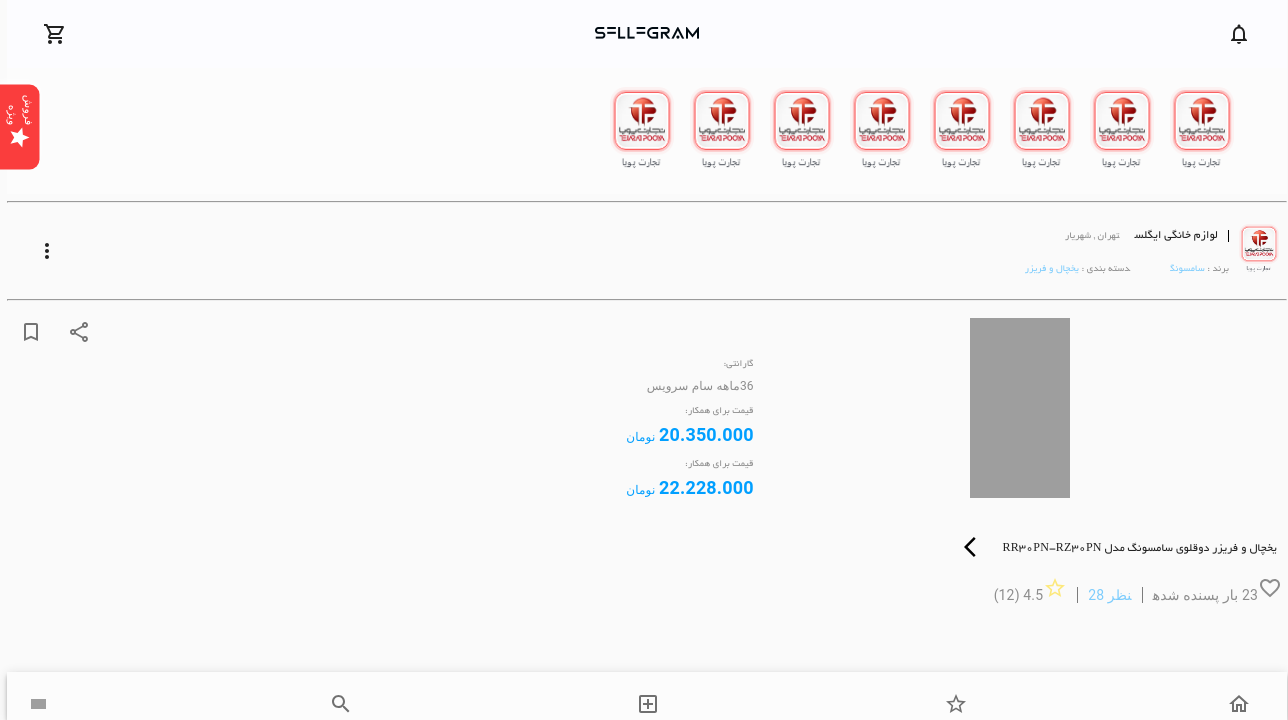
Repository: sadegh1379/selegram
Page: /login-4
An editor plug-in stored every save of this project. The page is shown before and after the next save, followed by the edit.
The browser window is 1280 px wide. The page is 1288 px wide, then 1280 px, so the pictures cover 1288 px, including what lies to the right of the window. The pictures show the whole page.
Pictures or frames that could not be fetched are drawn as grey boxes. The project was rebuilt for these pictures with package versions that can differ from the ones it lists, and the page was loaded fresh each time. Also part of the build but not shown: src/components/login/Login.js, src/components/login/LoginOne.js, src/components/login/LoginThree.js.

Above is the page before, as saved 2020-09-09 14:32:19.

### public/index.html
<!DOCTYPE html>
<html lang="en">
  <head>
    <meta charset="utf-8" />
    <link rel="icon" href="%PUBLIC_URL%/favicon.ico" />
    <meta
      name="viewport"
      content="minimum-scale=1, initial-scale=1, width=device-width"
    />
    <meta name="theme-color" content="#000000" />
    <meta
      name="description"
      content="Web site created using create-react-app"
    />
    <link rel="apple-touch-icon" href="%PUBLIC_URL%/logo192.png" />
    <!--
      manifest.json provides metadata used when your web app is installed on a
      user's mobile device or desktop. See https://developers.google.com/web/fundamentals/web-app-manifest/
    -->
    <link rel="manifest" href="%PUBLIC_URL%/manifest.json" />
    <!--
      Notice the use of %PUBLIC_URL% in the tags above.
      It will be replaced with the URL of the `public` folder during the build.
      Only files inside the `public` folder can be referenced from the HTML.

      Unlike "/favicon.ico" or "favicon.ico", "%PUBLIC_URL%/favicon.ico" will
      work correctly both with client-side routing and a non-root public URL.
      Learn how to configure a non-root public URL by running `npm run build`.
    -->
    <title>React App</title>
  </head>
  <body dir="rtl">
    <noscript>You need to enable JavaScript to run this app.</noscript>
    <div id="root"></div>
    <!--
      This HTML file is a template.
      If you open it directly in the browser, you will see an empty page.

      You can add webfonts, meta tags, or analytics to this file.
      The build step will place the bundled scripts into the <body> tag.

      To begin the development, run `npm start` or `yarn start`.
      To create a production bundle, use `npm run build` or `yarn build`.
    -->
  </body>
</html>

### src/index.js
import React from 'react';
import ReactDOM from 'react-dom';
import App from './App';
import { createMuiTheme, ThemeProvider } from '@material-ui/core/styles';
import RTL from './RTL';
import {BrowserRouter as Router} from 'react-router-dom';
// import '../node_modules/bootstrap/dist/css/bootstrap.css';
import {DataProvider} from './context'

const theme = createMuiTheme({
  direction: 'rtl', // Both here and <body dir="rtl">
});

ReactDOM.render(
      <ThemeProvider theme={theme}>
                      <RTL>
                          <Router>
                              <DataProvider>
                                    <App />
                              </DataProvider>
                          </Router>
                      </RTL>
      </ThemeProvider>
  ,
  document.getElementById('root')
);

### src/App.js
import React from 'react';
import './App.css';
import {Switch , Route} from 'react-router-dom';

import Login from './components/login/Login';
import LoginOne from './components/login/LoginOne';
import LoginThree from './components/login/LoginThree';
import LoginFour from './components/body/LoginFour'

function App() {
  return (
    <div className="App">
      <Switch>
        <Route exact path="/" component={(props)=><Login {...props}/>} />
        <Route exact path="/login-1" component={(props)=><LoginOne {...props}/>} />
        <Route exact path="/login-3" component={(props)=><LoginThree {...props}/>} />
        <Route exact path="/login-4" component={(props)=><LoginFour {...props}/>} />
      </Switch>
    </div>
  );
}

export default App;

### src/RTL.js
import React from 'react'
import { create } from 'jss';
import rtl from 'jss-rtl';
import { StylesProvider, jssPreset } from '@material-ui/core/styles';

// Configure JSS
const jss = create({ plugins: [...jssPreset().plugins, rtl()] });

function RTL(props) {
  return (
    <StylesProvider jss={jss}>
      {props.children}
    </StylesProvider>
  );
}

export default RTL;

### src/context.js
import React , {createContext ,Component}  from 'react';

const context = createContext()

 class DataProvider extends Component {
    constructor(props){
        super(props);

        this.state={
            kala:[{
                name:'sadegh',
                img:'./img/kala.png'
            },
            {
                name:'sadegh',
                img:'./img/kala.png'
            },
            {
                name:'sadegh',
                img:'./img/kala.png'
            },
            {
                name:'sadegh',
                img:'./img/kala.png'
            },
            {
                name:'sadegh',
                img:'./img/kala.png'
            },
            {
                name:'sadegh',
                img:'./img/kala.png'
            },
            {
                name:'sadegh',
                img:'./img/kala.png'
            },
            {
                name:'sadegh',
                img:'./img/kala.png'
            }
        ],
        select:'./img/ice.png'
        }
    }
    render() {
        return (
            <context.Provider value={{
                    ...this.state
            }}>
                {this.props.children}
            </context.Provider>
        )
    }
}

const DataConsumer = context.Consumer;

export { DataProvider , DataConsumer , context};

### src/App.css
@font-face {
    font-family: BYekan;
    src: url('./font/BYekan.ttf') , url('./font/BYekan.eot') , url('./font/BYekan.woff');
  }

html , body , #root{
    margin: 0px ;
    padding:0px;
}
.font-yekan{
    font-family: BYekan !important;
  }
label{
    color:#034DA2 !important;
    font-size: 14px;

    font-weight: small !important;

    margin-right: 10px;
    font-family: BYekan !important;
}

.color-text{
  color:#404D66
}

.no-scroll::-webkit-scrollbar{
  display: none;

}
.no-scroll{
  -ms-overflow-style: none ;
  scrollbar-width: none;
}

.lighblue{
  color:#009FFF;
}
.font-10-px{
  font-size: 10px;
}
.font-12-px{
  font-size: 12px;
}
.text-right{
  text-align: right;
}
.text-left{
  text-align: left;
}

.opacity{
  opacity: 0.5;

}

.money-color{
  color:#009FFF;
  font-size:18px;
  font-weight: bolder  ;
}

.toman-blue{
  font-size: 12px;
  color:#009FFF ;

}

### src/components/body/LoginFour.js
import React , {useContext} from 'react';
import Navbar from '../static/Navbar';
import Button from '@material-ui/core/Button';
import Grid from '@material-ui/core/Grid'
import {context} from '../../context';
import useStyles from './styles';
import StarIcon from '@material-ui/icons/Star';
import Menu from '@material-ui/core/Menu';
import MenuItem from '@material-ui/core/MenuItem';
import MoreVertIcon from '@material-ui/icons/MoreVert';
import BookmarkBorderIcon from '@material-ui/icons/BookmarkBorder';
import ShareOutlinedIcon from '@material-ui/icons/ShareOutlined';
import { IconButton } from '@material-ui/core';
import ArrowBackIosIcon from '@material-ui/icons/ArrowBackIos';
import FavoriteBorderOutlinedIcon from '@material-ui/icons/FavoriteBorderOutlined';
import BottomAppBar from '../static/BottomAppBar';
import StarBorderIcon from '@material-ui/icons/StarBorder';



function LoginFour() {
    const classes = useStyles();
    const [anchorEl, setAnchorEl] = React.useState(null);
    const [opinion , setOpinion] = React.useState('لطفا نظر خود را بنویسید ...');

    const data = useContext(context);
    console.log(data);

    // fordropdown---------

    const handleClick = (event) => {
        setAnchorEl(event.currentTarget);
      };

      const handleClose = () => {
        setAnchorEl(null);
      };

      //-------------------

    return (
        <React.Fragment>
            <Navbar/>

            <Grid className={classes.carouselContainer}>
                <ul className="no-scroll" style={{display:'flex' , overflow:'scroll' , listStyle:'none' }}>
                    <span className={classes.ulf}>
                        <StarIcon/>
                            فروش ویژه
                    </span>
                    {data.kala.map((item , i)=>{
                        return(
                            <li style={{margin:'0px 8px' }} key={i}>
                                <img style={{width:'64px' , height:'83px'}}  src={item.img} alt=""/>


                            </li>
                        )
                    })
                    }
                </ul>
            </Grid><hr/>

            {/* information component */}

            <Grid className={classes.informationGrid}>
                <Grid item ><img alt="img" style={{width:'40px'}} src={data.kala[2].img}/></Grid>
                <Grid item  className={classes.informationText}>
                    <span className="font-yekan font-12-px" style={{borderRight:'1px solid black' , paddingRight:'10px' }}>لوازم خانگی  ایگلس</span>
                    <span className="font-yekan  font-10-px" style={{marginRight:'15px' , opacity:'0.5'}}>تهران , شهریار</span><br/>
                    <span className="font-yekan font-10-px" style={{opacity:'0.5'}}>برند  :  <span className="lighblue">سامسونگ</span></span>
                    <span className="font-yekan font-10-px" style={{opacity:'0.5', marginRight:'40px'}}>دسته بندی  : <span className="lighblue">یخچال و فریزر</span></span>
                </Grid>
                <Grid item>
                    <div>
                        <Button aria-controls="simple-menu" aria-haspopup="true" onClick={handleClick}>
                            <MoreVertIcon/>
                        </Button>
                        <Menu
                            id="simple-menu"
                            anchorEl={anchorEl}
                            keepMounted
                            open={Boolean(anchorEl)}
                            onClose={handleClose}
                        >
                            <MenuItem onClick={handleClose}>Profile</MenuItem>
                            <MenuItem onClick={handleClose}>My account</MenuItem>
                            <MenuItem onClick={handleClose}>Logout</MenuItem>
                        </Menu>
                     </div>
                </Grid>
            </Grid><hr/>
            {/* body */}
            <Grid className={classes.body}>
                <Grid className={classes.bodyImg} item md={5} sm={5} xs={5}>
                    <img style={{width:'100px' , height:'180px' ,imageResolution:'from-image'}} src={data.select} alt=""/>
                </Grid>
                <Grid item md={7} sm={7} xs={7}>
                    <div  className="text-left">
                        <IconButton>
                             <ShareOutlinedIcon/>
                        </IconButton>
                        <IconButton>
                              <BookmarkBorderIcon/>
                        </IconButton>

                    </div>
                    <div  style={{lineHeight:'10px'}}>
                            <span className="font-10-px opacity font-yekan">گارانتی:</span><p className="font-12-px opacity">36ماهه سام سرویس</p>
                            <span className="font-10-px opacity font-yekan">قیمت برای همکار:</span><p ><span className="money-color">20.350.000</span> <span className="toman-blue">نومان</span> </p>
                            <span className="font-10-px opacity font-yekan">قیمت برای همکار:</span><p ><span className="money-color">22.228.000</span> <span className="toman-blue">نومان</span> </p>

                    </div>

                </Grid>
            </Grid>

            <Grid className={classes.getArrow}>
                <span className="font-12-px font-yekan"> یخچال و فریزر دوقلوی سامسونگ مدل RR30PN-RZ30PN </span>
                <IconButton >
                        <ArrowBackIosIcon className={classes.color_black}/>
                </IconButton>
            </Grid>
            {/* liked */}
            <Grid className={classes.liked}>
                        <FavoriteBorderOutlinedIcon/>
                         <span>23 بار پسنده شده</span>
                        <span style={{borderLeft:'1px solid black' , margin:'0 10px'}}></span>
                        <span className="lighblue lightblue">نظر 28</span>
                        <span style={{borderLeft:'1px solid black' , margin:'0 10px'}}></span>
                        <StarBorderIcon className={classes.goldstar}/>
                        <span>4.5 (12)</span>

            </Grid>
            {/* Opinion */}
            {/* <Grid>
            <form style={{width:'100%' , margin:'10px'}}  autoComplete="off">
                <textarea style={{border:'0px'}} onChange={(e)=>setOpinion(e.target.value)} value={opinion} className="font-yekan opacity"  id="" cols="30" rows="2"></textarea>

            </form>
            </Grid> */}



            {/* bottom app bar */}
            <BottomAppBar img={data.select}/>
        </React.Fragment>
    )
}

export default LoginFour

### src/components/static/Navbar.js
import React from 'react';
import Grid from '@material-ui/core/Grid';
import useStyles from './styles';
import ShoppingCartOutlinedIcon from '@material-ui/icons/ShoppingCartOutlined';
import NotificationsOutlinedIcon from '@material-ui/icons/NotificationsOutlined';
import Button from '@material-ui/core/Button';
import logo from './img/navlogo.png'

function Navbar() {
    const classes = useStyles();
    return (
      <Grid  className={classes.navContainer}>
          <Grid>
              <Button>
                <NotificationsOutlinedIcon/>
              </Button>
          </Grid>
          <Grid className={classes.navlogo}>
              <img style={{width:'50%'}} src={logo} alt="selegram"/>
          </Grid>
          <Grid>
                <Button>
                <ShoppingCartOutlinedIcon/>
                </Button>
          </Grid>
      </Grid>
    )
}

export default Navbar

### src/components/body/styles.js
import { makeStyles } from '@material-ui/core/styles';

const useStyles = makeStyles((theme) => ({
    carouselContainer:{
        backgroundColor:'#FCFCFC',
        padding:'5px'
    },
    ulf:{
        backgroundColor:'#FA3D3D',
        position:'absolute',
        left:'-30px',
        marginTop:'20px',
        padding:'20px',
        // marginLeft:'0px',
        width:'85px',
        height:'10px',
        transform:'rotateZ(-270deg)',
        display:'flex',
        alignItems:'center',
        justifyContent:'space-between',
        fontSize:'11px',
        color:'#FFFFFF',
        borderRadius:'10px 10px 0 0',
        boxShadow:'-3px 0px 6px'
    },
    informationGrid:{
            display:'flex',
            justifyContent:'space-between',
            padding:'8px',
            alignItems:'center'
    },
    informationText :{
        lineHeight:'30px',
        width:'100%',
        margin:'0 10px',
        padding:'0px'
    },
    body:{
        // backgroundColor:'gold',
        display:'flex'
    },
    bodyImg:{
        width:'100%',
        overflow:'hidden',
        padding:'10px',
        textAlign:'center'
    },
    getArrow:{
        padding:'10px'
    },
    color_black : {
        color:'black'
      },
    liked:{

        display:'felx'
        ,alignItems:'center',
        padding:'5px',
        marginTop:'-10px',
        opacity:'0.5'
    },
    goldstar:{
        color:'gold',

    },

}))


export default useStyles;

### src/components/static/BottomAppBar.js
import React from 'react';
import { makeStyles } from '@material-ui/core/styles';
import AppBar from '@material-ui/core/AppBar';
import CssBaseline from '@material-ui/core/CssBaseline';
import Toolbar from '@material-ui/core/Toolbar';
import IconButton from '@material-ui/core/IconButton';
import AddBoxOutlinedIcon from '@material-ui/icons/AddBoxOutlined';
import SearchIcon from '@material-ui/icons/Search';
import StarBorderOutlinedIcon from '@material-ui/icons/StarBorderOutlined';
import HomeOutlinedIcon from '@material-ui/icons/HomeOutlined';

const useStyles = makeStyles((theme) => ({




  appBar: {
    top: 'auto',
    bottom: 0,
    height:'48px',
    backgroundColor:'#FCFCFC'
  },
  grow: {
    flexGrow: 1,
  },

  toolBar:{
    display:'flex',
    justifyContent:'space-between',
    alignItems:'center'
  },
  icons:{

    color:'#707070'
  }
}));

export default function BottomAppBar(props) {
  const classes = useStyles();

  return (
    <React.Fragment>
      <CssBaseline />

      <AppBar position="fixed" color="default" className={classes.appBar}>
        <Toolbar className={classes.toolBar}>
          <IconButton edge="start" color="inherit" aria-label="open drawer">
            <HomeOutlinedIcon className={classes.icons} />
          </IconButton>
          <IconButton edge="end" color="inherit">
            <StarBorderOutlinedIcon className={classes.icons}/>
          </IconButton>
          <IconButton color="inherit">
            <AddBoxOutlinedIcon className={classes.icons}/>
          </IconButton>
          <IconButton color="inherit">
            <SearchIcon className={classes.icons}/>
          </IconButton>
          <IconButton edge="start" color="inherit" aria-label="open drawer">
            <img style={{width:'14.6px'}} src={props.img} alt=""/>
          </IconButton>
        </Toolbar>
      </AppBar>
    </React.Fragment>
  );
}

### src/components/static/styles.js
import { makeStyles } from '@material-ui/core/styles';

const useStyles = makeStyles((theme) => ({
    navContainer:{
        display:'flex',
        justifyContent:'space-between',
        backgroundColor:'#FCFCFF',
        padding:'16px',
        opacity:'100%',
        alignItems:'center'
    },
    navlogo:{
        textAlign:'center'
    }
}))


export default useStyles;

After the next save:
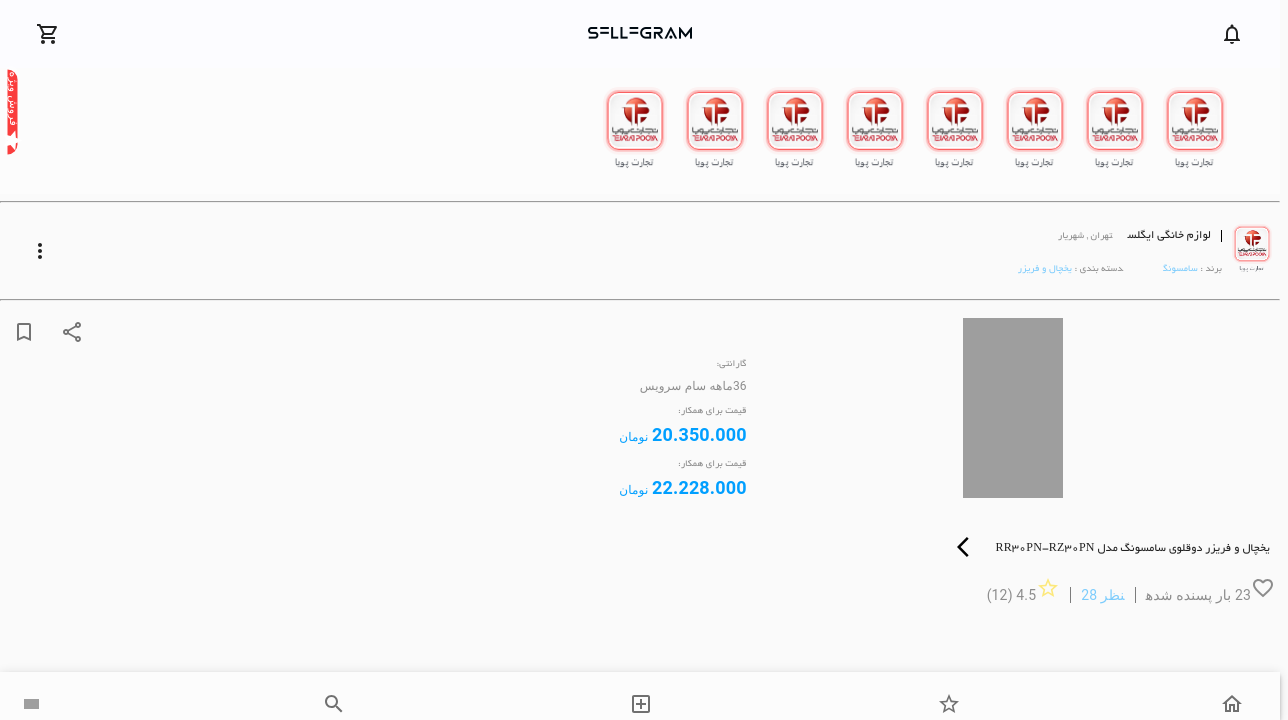
Saved 6 s later.
--- a/src/components/body/styles.js
+++ b/src/components/body/styles.js
@@ -10,7 +10,7 @@
         position:'absolute',
         left:'-30px',
         marginTop:'20px',
-        padding:'20px',
+        padding:'2px',
         // marginLeft:'0px',
         width:'85px',
         height:'10px',
